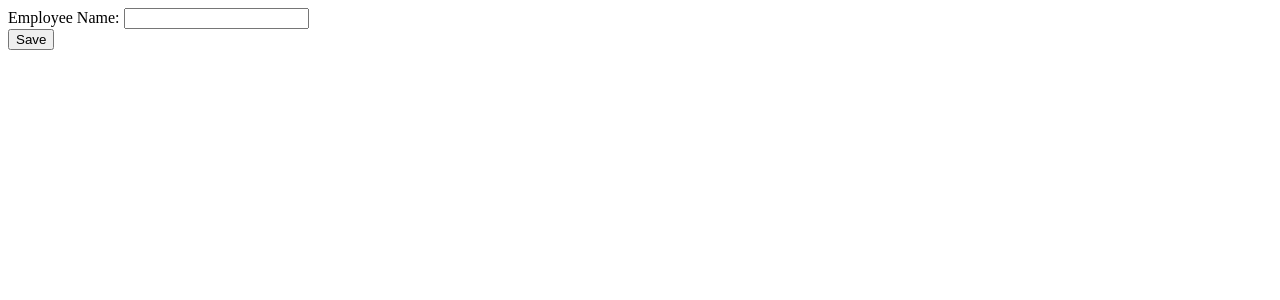
Repository: durgaforu/Fedility-Spring
Page: http://localhost/Spring-MVC-1/Form.jsp
The author's editor kept a copy of each file at every save. The page is drawn from the files as they stood at one save, then again after the next save.
The browser window is 1280 px wide. The pictures show the whole page.
The page is served by Tomcat 9. Other server files are loaded and not shown.

Above is the page before, as saved 2017-05-07 08:22:32.

### Spring/Spring-MVC-1/WebContent/Form.jsp
<%@ page language="java" contentType="text/html; charset=ISO-8859-1"
	pageEncoding="ISO-8859-1"%>
<!DOCTYPE html PUBLIC "-//W3C//DTD HTML 4.01 Transitional//EN" "http://www.w3.org/TR/html4/loose.dtd">
<html>
<head>
<meta http-equiv="Content-Type" content="text/html; charset=ISO-8859-1">
<title>Insert title here</title>
</head>
<body>
	<form action="./two.htm">

		<label>Employee Name:</label>
		 <input type="text" name="empName" /> <br>
		<input type="submit" value="Save">

	</form>

</body>
</html>

After the next save:
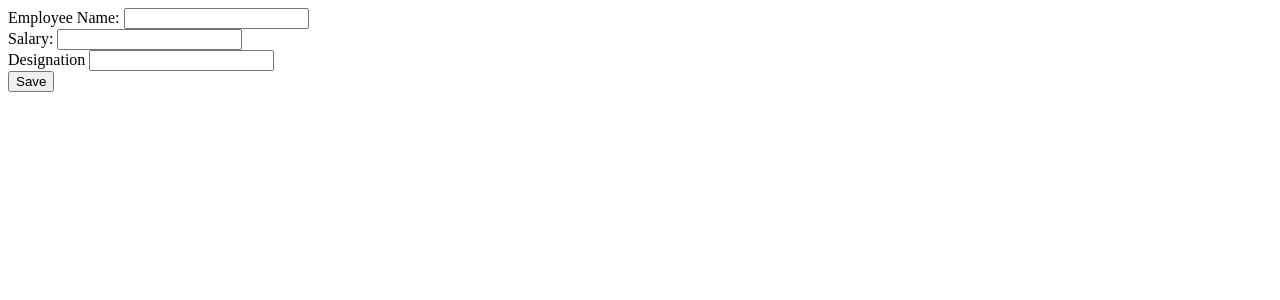
Saved 55 s later.
--- a/Spring/Spring-MVC-1/WebContent/Form.jsp
+++ b/Spring/Spring-MVC-1/WebContent/Form.jsp
@@ -11,6 +11,11 @@
 
 		<label>Employee Name:</label>
 		 <input type="text" name="empName" /> <br>
+		 <label>Salary:</label>
+		 <input type="text" name="salary" /> <br>
+		 <label>Designation</label>
+		 <input type="text" name="designation" /> <br>
+
 		<input type="submit" value="Save">
 
 	</form>
